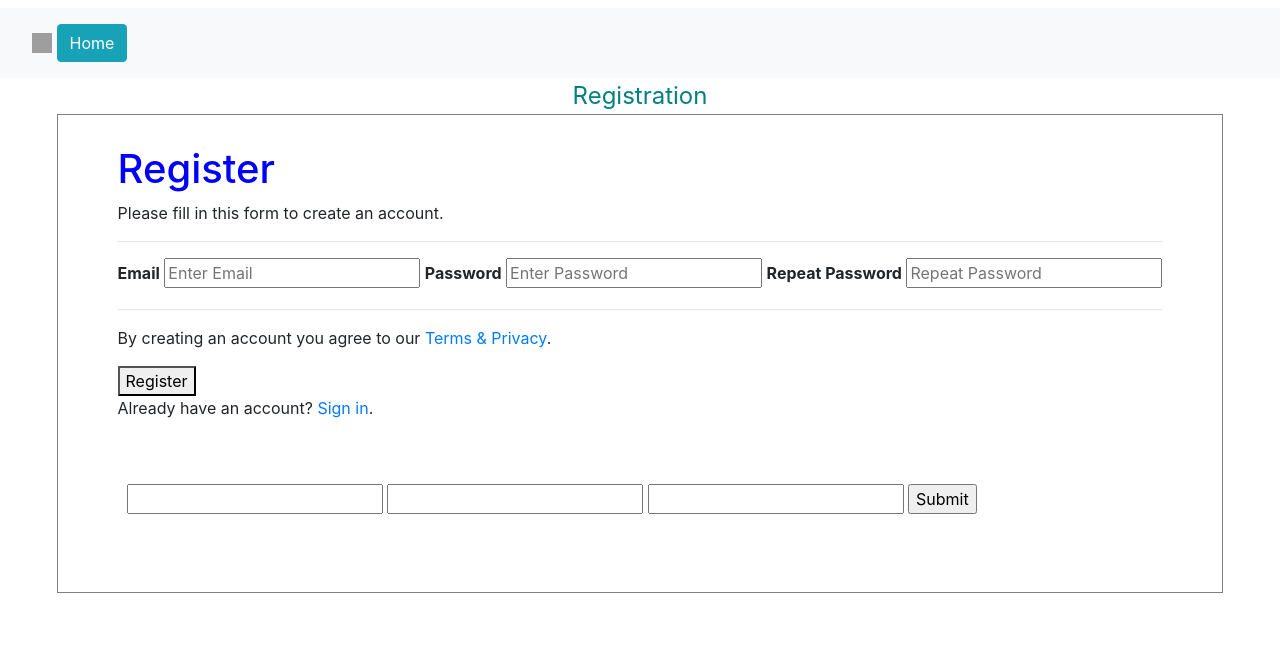
Repository: Serpaton/Work-place
Page: http://localhost/registration
These files come from the project's save history. The page is drawn as it stood at one moment and after the next save; the edit follows.
The browser window is 1280 px wide. The pictures show the whole page.
Pictures or frames that could not be fetched are drawn as grey boxes. The page is this project's Thymeleaf template; nobody is signed in. The template is opened directly, without the code that normally fills it, so the values that code supplies are empty.

Above is the page before, as saved 2020-02-24 21:34:22.
Console error: TypeError: Cannot read properties of undefined (reading 'fn')

### My projects/NewsBlogg/NewsBlogg/src/main/resources/templates/registration.html
<!DOCTYPE html>
<html lang="en" xmlns:th="http://www.thymeleaf.org">
<head>
    <meta charset="utf-8">
    <meta name="viewport" content="width=device-width, initial-scale=1, shrink-to-fit=no">

    <title>Registration</title>

    <link rel="stylesheet" href="https://stackpath.bootstrapcdn.com/bootstrap/4.3.1/css/bootstrap.min.css"/>
    <link rel="stylesheet" th:href="@{/css/main.css}"/>
</head>

<body>

<nav class="navbar navbar-expand-lg navbar-light bg-light">
<a class="nav-link" href="first"><img src="https://image.flaticon.com/icons/svg/25/25680.svg" width="20" height="20" alt=""> <button type="button" class="btn btn-info">Home</button><span class="sr-only">(current)</span></a>

</nav>
<font color="#008080" size="+2"><div><center>Registration</center></div></a></font>


<table cellpadding="0" cellspacing="0" width="100%" height="100%">
  <tr>
    <td align="center">
      <table cellpadding="30" cellspacing="4" border="1">
        <tr>
          <td>
<main role="main" class="container">

<form action="action_page.php">
  <div class="container">
    <h1>Register</h1>
    <p>Please fill in this form to create an account.</p>
    <hr>

    <label for="email"><b>Email</b></label>
    <input type="text" placeholder="Enter Email" name="email" required>

    <label for="psw"><b>Password</b></label>
    <input type="password" placeholder="Enter Password" name="psw" required>

    <label for="psw-repeat"><b>Repeat Password</b></label>
    <input type="password" placeholder="Repeat Password" name="psw-repeat" required>
    <hr>

    <p>By creating an account you agree to our <a href="#">Terms & Privacy</a>.</p>
    <button type="submit" class="registerbtn">Register</button>
  </div>

  <div class="container signin">
    <p>Already have an account? <a href="#">Sign in</a>.</p>
  </div>
</form>



    <div class="starter-template">
        <form th:action="@{/registration}" th:object="${request}" method="post">
        	<input type="text" name="name" th:field="*{name}"/>
        	<input type="text" name="login" th:field="*{login}"/>
        	<input type="password" name="password" th:field="*{password}"/>
        	<input type="submit"/>
        </form>

    </div>

</main>

<!-- /.container -->

<script type="text/javascript" src="https://stackpath.bootstrapcdn.com/bootstrap/4.3.1/js/bootstrap.min.js"></script>
</body>
</html>

### My projects/NewsBlogg/NewsBlogg/src/main/resources/static/css/main.css
body {
	padding-top: 0.5rem;
}
.starter-template {
	padding: 3rem 1.5rem;
	text-aling: center;
}
h1{
	color:#0000FF;
}
h2{
	color:#FF0000;
}

After the next save:
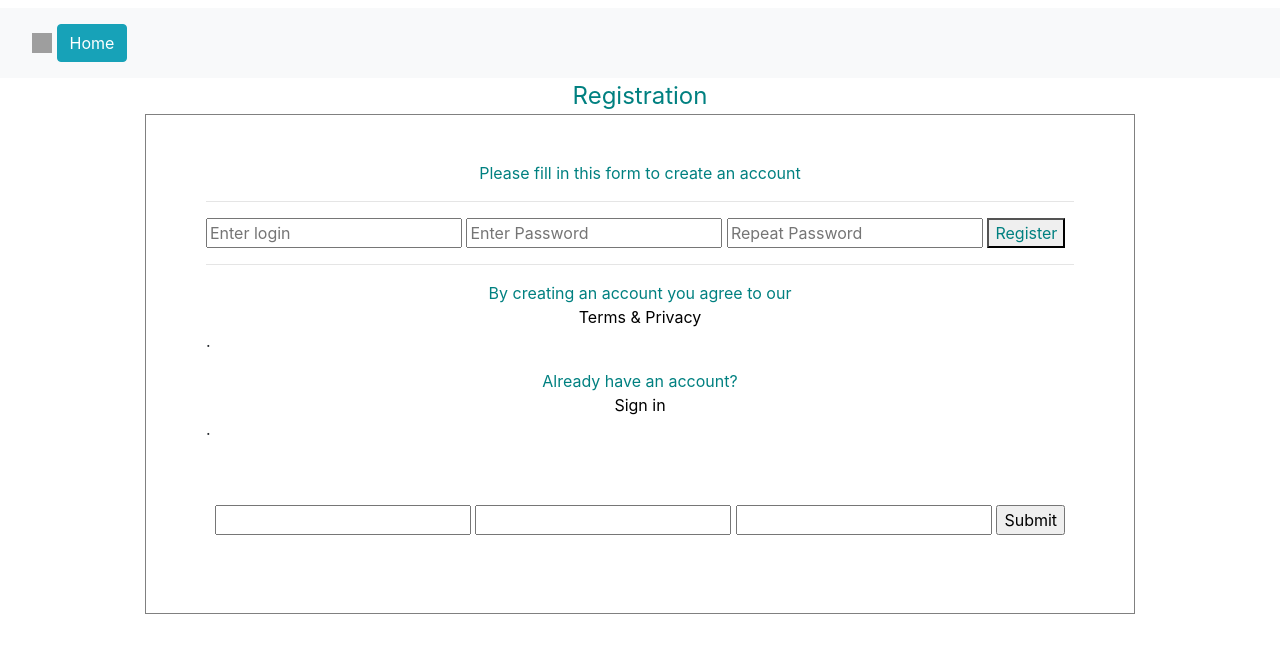
Saved 102 s later.
--- a/My projects/NewsBlogg/NewsBlogg/src/main/resources/templates/registration.html
+++ b/My projects/NewsBlogg/NewsBlogg/src/main/resources/templates/registration.html
@@ -28,28 +28,28 @@
 <main role="main" class="container">
 
 <form action="action_page.php">
-  <div class="container">
-    <h1>Register</h1>
-    <p>Please fill in this form to create an account.</p>
-    <hr>
+<div class="container">
+<font color="#008080"><p><center>Please fill in this form to create an account</center></p></font>
+<hr>
 
-    <label for="email"><b>Email</b></label>
-    <input type="text" placeholder="Enter Email" name="email" required>
 
-    <label for="psw"><b>Password</b></label>
-    <input type="password" placeholder="Enter Password" name="psw" required>
+<input type="text" placeholder="Enter login" name="email" required>
 
-    <label for="psw-repeat"><b>Repeat Password</b></label>
-    <input type="password" placeholder="Repeat Password" name="psw-repeat" required>
-    <hr>
 
-    <p>By creating an account you agree to our <a href="#">Terms & Privacy</a>.</p>
-    <button type="submit" class="registerbtn">Register</button>
-  </div>
+<input type="password" placeholder="Enter Password" name="psw" required>
 
-  <div class="container signin">
-    <p>Already have an account? <a href="#">Sign in</a>.</p>
-  </div>
+
+<input type="password" placeholder="Repeat Password" name="psw-repeat" required>
+
+<button type="submit" class="registerbtn"><font color="#008080">Register</font></button>
+<hr>
+
+<p><font color="#008080"><center>By creating an account you agree to our </center><a href="#"></font><font color="#000000"><center>Terms & Privacy</center></font></a>.</p>
+</div>
+
+<div class="container signin">
+<p><font color="#008080"><center>Already have an account? </center><a href="login"></font><font color="#000000"><center>Sign in</center></font></a>.</p>
+</div>
 </form>
 
 
